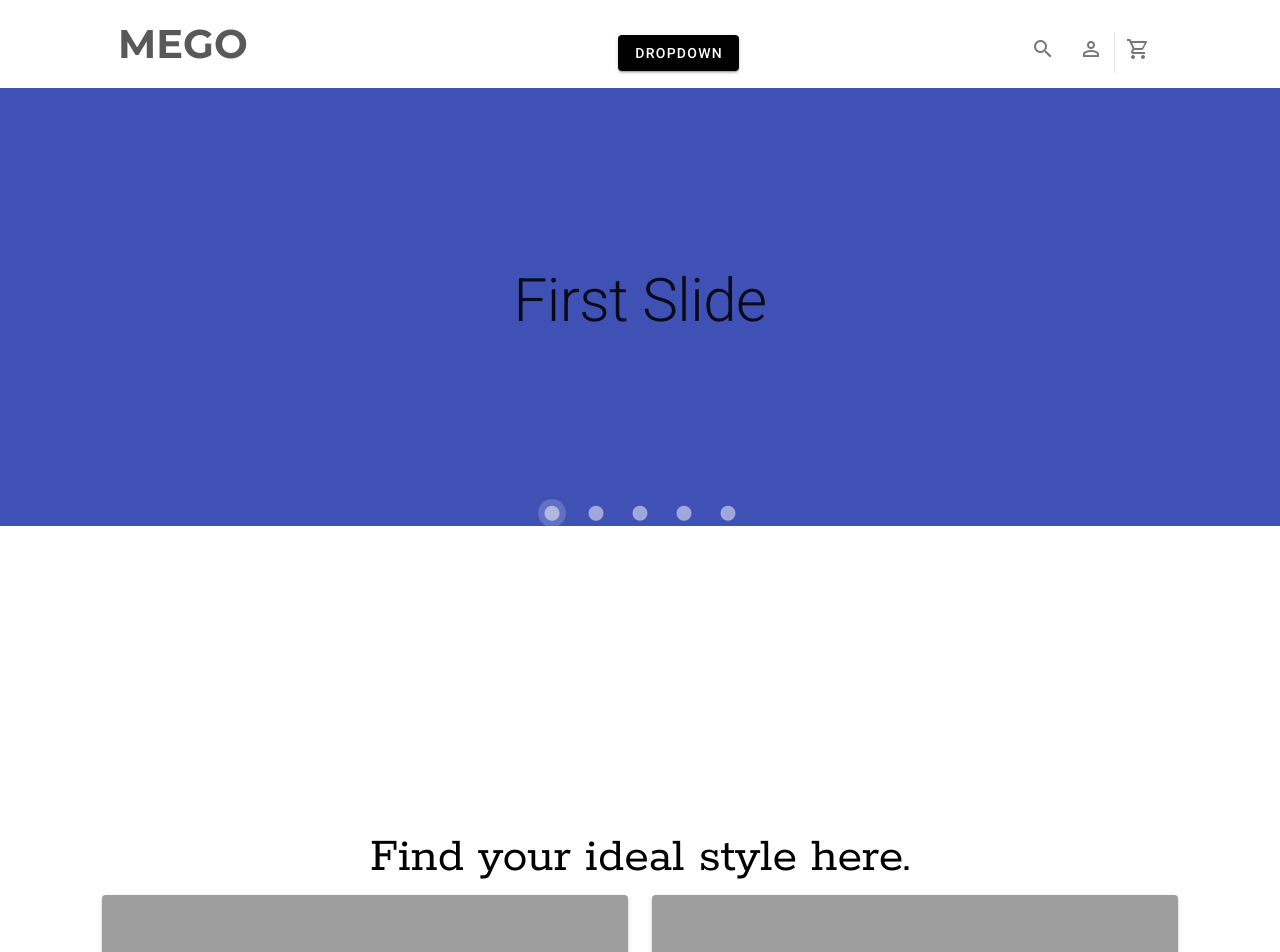
Repository: nguyenphuong152/shoesstore
Page: / (app in frontend-customer/)
These files come from the project's save history. The page is drawn as it stood at one moment and after the next save; the edit follows.
The browser window is 1280 px wide. The pictures show the part of the page from y = 0 to 952 px (the page is 2738 px tall).
Pictures or frames that could not be fetched are drawn as grey boxes. The project was rebuilt for these pictures with package versions that can differ from the ones it lists, and the page was loaded fresh each time. Also part of the build but not shown: frontend-customer/vue.config.js, frontend-customer/src/views/Men.vue, frontend-customer/src/views/Women.vue.

Above is the page before, as saved 2020-11-19 15:13:39.

After the next save:
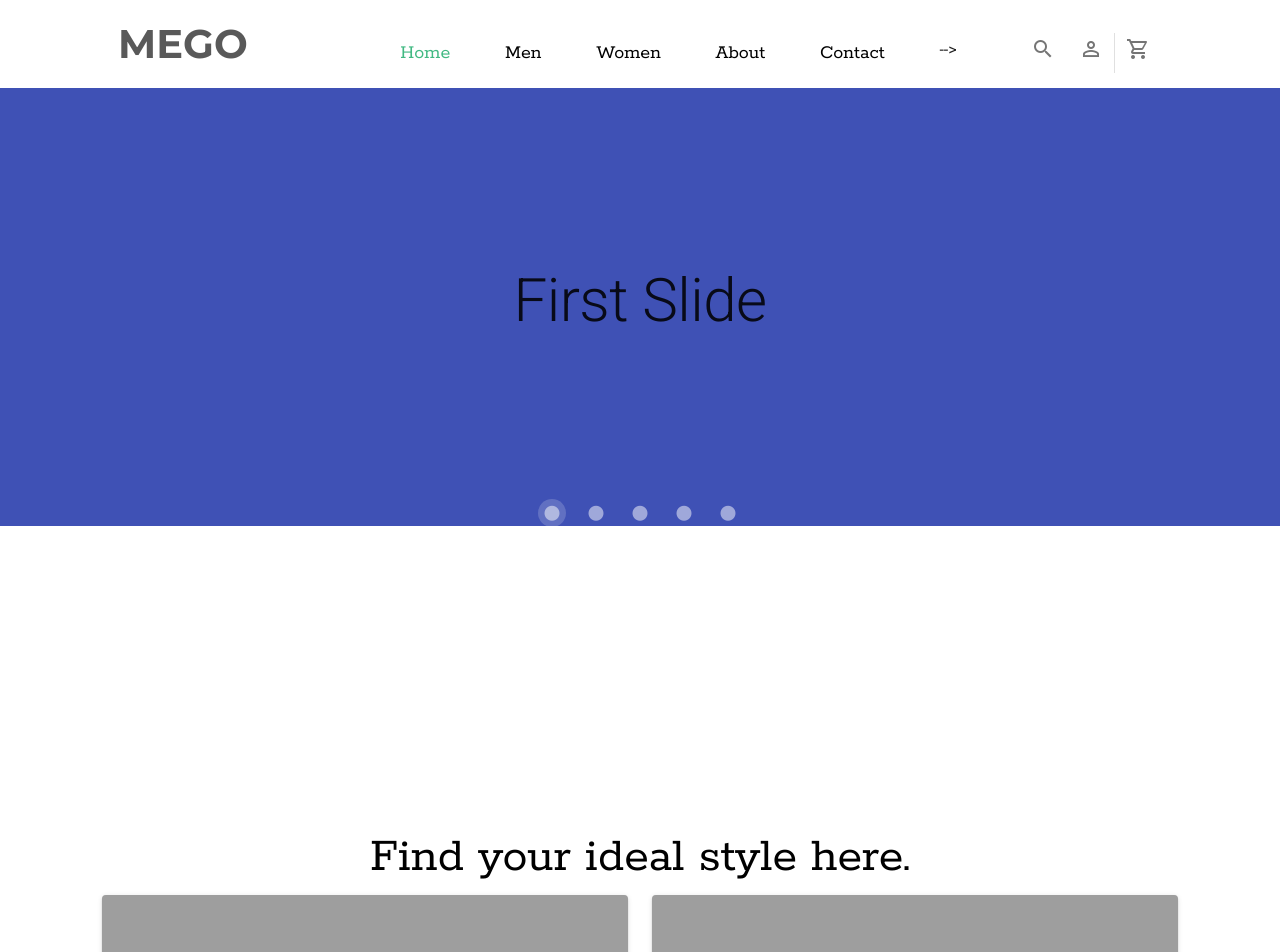
Saved 47 s later.
--- a/frontend-customer/src/components/Toolbar.vue
+++ b/frontend-customer/src/components/Toolbar.vue
@@ -7,14 +7,7 @@
       <v-col class="d-flex justify-space-around text-start nav">
         <v-menu offset-y>
       <template v-slot:activator="{ on, attrs }">
-        <v-btn
-          color="primary"
-          dark
-          v-bind="attrs"
-          v-on="on"
-        >
-          Dropdown
-        </v-btn>
+        <router-link to="/">Home</router-link>
       </template>
       <v-list>
         <v-list-item
@@ -25,7 +18,7 @@
         </v-list-item>
       </v-list>
     </v-menu>
-        <!-- <router-link to="/">Home</router-link>
+
         <router-link to="/men">Men</router-link>
         <router-link to="/women">Women</router-link>
         <router-link to="/about">About</router-link>
